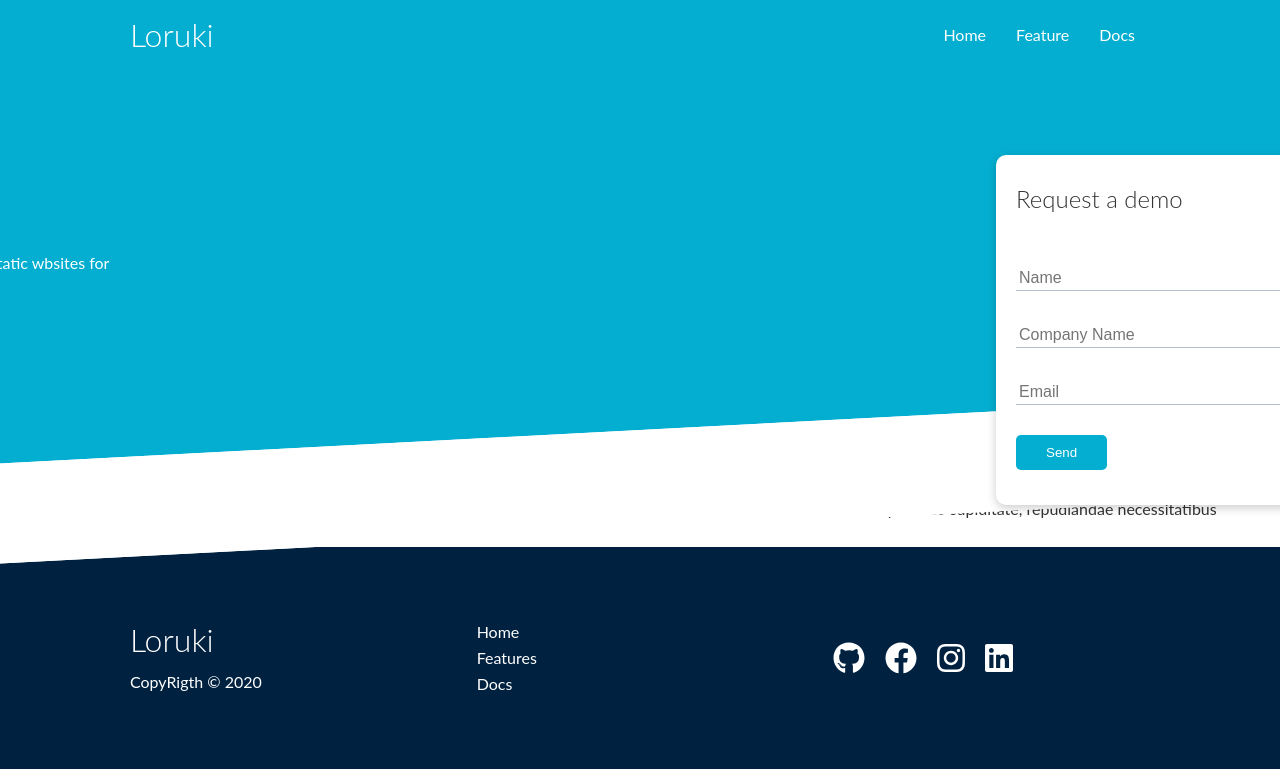
Repository: MosiurRrahman/loruki-app-reactjs
Page: /
An editor plug-in stored every save of this project. The page is shown before and after the next save, followed by the edit.
The browser window is 1280 px wide. The pictures show the whole page.
The project was rebuilt for these pictures with package versions that can differ from the ones it lists, and the page was loaded fresh each time. Also part of the build but not shown: src/components/app.jsx.

Above is the page before, as saved 2021-10-05 16:55:26.

### src/index.js
import React from 'react';
import ReactDOM from 'react-dom';
import { BrowserRouter, Route, Switch } from 'react-router-dom';
import Layout from './components/app';
import defaultLayout from './components/layouts/Main';
import './index.css';
// import './utilities';






class Root extends React.Component{
  render(){
    return(
      <BrowserRouter basename = {"/"} >
      <Switch>
        <Route exact path = "/" component={defaultLayout} />
      <Layout></Layout>
      </Switch>
      </BrowserRouter>
    );
  }
}




ReactDOM.render(
  <React.StrictMode>
    <Root />
  </React.StrictMode>,
  document.getElementById('root')
);

### src/components/layouts/Main.jsx
import React, { Component } from "react";
import Footer from "../common/Footer";
import Header from "../common/Header";
import HomePage from "../pages/home/HomePage";

class Main extends Component {
  constructor(props) {
    super(props);
    this.state = {};
  }
  render() {
    return (
      <>
        <Header />
        <HomePage />
        <Footer />
      </>
    );
  }
}

export default Main;

### src/index.css
/* all css imported */

@import url("./assets/css/main");
@import url("./assets/css/utilities");

### src/components/common/Footer.jsx
import {
  faFacebook,
  faGithub,
  faInstagram,
  faLinkedin,
} from "@fortawesome/free-brands-svg-icons";
import { FontAwesomeIcon } from "@fortawesome/react-fontawesome";
import { Component } from "react";

class Footer extends Component {
  render() {
    return (
      <>
        <footer className="footer bg-dark py-5">
          <div className="container grid grid-3">
            <div>
              <h1>Loruki</h1>
              <p>CopyRigth &copy; 2020</p>
            </div>
            <nav>
              <ul>
                <li>
                  <a href="index.html">Home</a>
                </li>
                <li>
                  <a href="feature.html">Features</a>
                </li>
                <li>
                  <a href="docs.html">Docs</a>
                </li>
              </ul>
            </nav>
            <div className="social">
              <a href="#">
                <li className="fa-2x">
                  <FontAwesomeIcon icon={faGithub} />
                </li>
              </a>
              <a href="#">
                <li className="fa-2x">
                  <FontAwesomeIcon icon={faFacebook} />
                </li>
              </a>
              <a href="#">
                <li className="fa-2x">
                  <FontAwesomeIcon icon={faInstagram} />
                </li>
              </a>
              <a href="#">
                <li className=" fa-2x">
                  <FontAwesomeIcon icon={faLinkedin} />
                </li>
              </a>
            </div>
          </div>
        </footer>
      </>
    );
  }
}
export default Footer;

### src/components/common/Header.jsx
import { Component } from "react";

class Header extends Component {
  render() {
    return (
      <>
        <div className="navbar">
          <div className="container flex">
            <h1 className="logo">Loruki</h1>
            <nav>
              <ul>
                <li>
                  <a href="index.html">Home</a>
                </li>
                <li>
                  <a href="feature.html">Feature</a>
                </li>
                <li>
                  <a href="docs.html">Docs</a>
                </li>
              </ul>
            </nav>
          </div>
        </div>
      </>
    );
  }
}
export default Header;

### src/components/pages/home/HomePage.js
import React, { Component } from 'react';
import ShowCase from './ShowCase';
import Status from './Status';

class HomePage extends Component {
    constructor(props){
        super(props);
        this.state = {

        }
    }
    render() {
        return (
            <>
            <ShowCase/>
            <Status/>
            </>
        );
    }
}

export default HomePage;

### src/assets/css/main.css
:root {
  --primary-color: #04aed0;
  --secondry-color: #04a1c0;
  --dark-color: #002240;
  --light-color: #f4f4ff;
  --success-color: #5cb85c;
  --error-color: #d9534f;
}

* {
  box-sizing: border-box;
  margin: 0;
  padding: 0;
}

body {
  font-family: "lato", sans-serif;
  color: #333333;
  line-height: 1.6;
}

ul {
  list-style-type: none;
}

a {
  text-decoration: none;
  color: #333333;
}

h1,
h2 {
  font-weight: 300;
  line-height: 1.2;
  margin: 10px 0;
}

p {
  margin: 10px 0;
}

img {
  width: 100%;
}

code,
pre {
  background: #333;
  color: #fff;
  padding: 10px;
}

.hidden {
  visibility: hidden;
  height: 0;
}

/* === navbar style === */

.navbar {
  background-color: var(--primary-color);
  color: #ffffff;
  height: 70px;
}

.navbar .flex {
  justify-content: space-between;
}

.navbar ul {
  display: flex;
}

.navbar ul a {
  padding: 10px;
  margin: 0 5px;
  color: #fff;
  transition: 0.3s;
}

.navbar ul a:hover {
  border-bottom: 2px solid #fff;
}

/* === Showcase style === */

.showcase {
  height: 400px;
  background-color: var(--primary-color);
  color: #fff;
  position: relative;
}

.showcase h1 {
  font-size: 40px;
}

.showcase p {
  margin: 20px 0;
}

.showcase .grid {
  overflow: visible;
  grid-template-columns: 55% 45%;
  gap: 30px;
}

body {
  overflow-x: hidden;
}

.showcase-form {
  position: relative;
  top: 60px;
  height: 350px;
  max-width: 400px;
  padding: 40px;
  z-index: 100;
  animation: slideInFromRight 1s ease-in;
}

.showcase-text {
  animation: slideInFromLeft 1s ease-in;
}

.showcase .form-control {
  margin: 30px 0;
}

.showcase input[type="text"],
.showcase input[type="email"] {
  border: 0;
  border-bottom: 1px solid #b4becb;
  width: 100%;
  padding: 3px;
  font-size: 16px;
}

.showcase-form input:focus {
  outline: none;
}

.showcase::before,
.showcase::after {
  content: "";
  position: absolute;
  height: 100px;
  background: #fff;
  left: 0;
  bottom: -60px;
  right: 0;
  transform: skewY(-3deg);
  --webkit-transform: skewY(-3deg);
  --moz-transform: skewY(-3deg);
  --ms-transform: skewY(-3deg);
}

/* ===stats=== */

.stats {
  padding-top: 100px;
  animation: slideInFromBottom 1s ease-in;
}

.stats-heading {
  max-width: 500px;
  margin: auto;
}

.stats .grid h3 {
  font-size: 35px;
}

.stats .grid p {
  font-size: 20px;
  font-weight: bold;
}

/* cli */

.cli .grid {
  grid-template-columns: repeat(3, 1fr);
  grid-template-rows: repeat(2, 1fr);
}

.cli .grid > *:first-child {
  grid-column: 1 / span 2;
  grid-row: 1 / span 2;
}

/* Cloud */

.cloud .grid {
  grid-template-columns: repeat(4fr, 1fr);
}

/* languages */

.languages .flex {
  flex-wrap: wrap;
}

.languages .card {
  text-align: center;
  margin: 18px 10px 40px;
  transition: 0.3s;
}

.languages .card:hover {
  transform: translateY(-15px);
  color: var(--primary-color);
}

.languages .card h4 {
  font-size: 20px;
  margin-bottom: 10px;
}

/* Feature section */

.freatures-head img,
.docs-head img {
  width: 200px;
  justify-self: center;
}

.freatures-sub-head img {
  width: 300px;
  justify-self: flex-end;
}

/* feature main */

.freatures-main .card > i {
  margin-right: 20px;
}

.freatures-main .grid {
  padding: 30px;
}

.freatures-main .grid > *:first-child {
  grid-column: 1 / span 3;
}

.freatures-main .grid > *:nth-child(2) {
  grid-column: 1 / span 2;
}

.freatures-main .grid > *:nth-child(2) {
  justify-content: start;
}

/* dosc */

.docs-main h3 {
  margin: 20px 0;
}

.docs-main .grid {
  grid-template-columns: 1fr 2fr;
  align-items: flex-start;
}

.docs-main nav li {
  font-size: 20px;
  padding-bottom: 5px;
  margin-bottom: 5px;
  border-bottom: 1px solid #ccc;
}

.docs-main nav a:hover {
  color: var(--primary-color);
  font-weight: bold;
}

/* Footer */
.footer .social {
  display: flex;
}
.footer .social a {
  margin: 0 10px;
}

.footer .social a li {
  list-style-type: none;
  transition: 0.3s;
}

.footer .social a li:hover {
  transform: translateY(-5px);
  color: var(--primary-color);
}

/* Animation */

@keyframes slideInFromLeft {
  0% {
    transform: translateX(-100%);
  }
  100% {
    transform: translateX(0);
  }
}

@keyframes slideInFromRight {
  0% {
    transform: translateX(70%);
  }
  100% {
    transform: translateX(0);
  }
}

@keyframes slideInFromTop {
  0% {
    transform: translateY(-100%);
  }
  100% {
    transform: translateX(0);
  }
}

@keyframes slideInFromBottom {
  0% {
    transform: translateY(100%);
  }
  100% {
    transform: translateX(0);
  }
}

/* ===responsive css ===*/

/* Tablets and under */

@media screen and (max-width: 768px) {
  .grid,
  .showcase .grid,
  .stats .grid,
  .cli .grid,
  .cloud .grid,
  .freature-main .grid,
  .docs-main .grid {
    grid-template-columns: 1fr;
    grid-template-rows: 1fr;
  }
  .showcase {
    height: auto;
  }
  .showcase-text {
    text-align: center;
    margin-top: 40px;
    animation: slideInFromTop 1s ease-in;
  }
  .showcase-form {
    justify-self: center;
    margin: auto;
    animation: slideInFromBottom 1s ease-in;
  }
  .cli .grid > *:first-child {
    grid-column: 1;
    grid-row: 1;
  }
  .freatures-head,
  .freatures-sub-head,
  .docs-head {
    text-align: center;
  }
  .freatures-head img,
  .freatures-sub-head img,
  .docs-head img {
    justify-self: center;
  }
  .freatures-main .grid > *:first-child,
  .freatures-main .grid > *:nth-child(2) {
    grid-column: 1;
  }
  .grid-3 {
    grid-template-columns: 1fr;
    grid-template-rows: 1fr;
  }
}

/* Mobile */

@media (max-width: 500px) {
  .navbar {
    height: 110px;
  }
  .navbar .flex {
    flex-direction: column;
  }
  .navbar ul {
    padding: 10px;
    background: rgba(0, 0, 0, 0.1);
  }
}

/* ===responsive css end ===*/

/* === utlities === */

.container {
  max-width: 1100px;
  margin: 0 auto;
  overflow: auto;
  padding: 0 40px;
}

.card {
  background-color: #fff;
  color: #333;
  border-radius: 10px;
  box-shadow: 0 3px 10px rgba(0, 0, 0, 0.2);
  padding: 20px;
  margin: 10px;
}

.card p {
  padding-left: 20px;
}

.btn {
  display: inline-block;
  padding: 10px 30px;
  cursor: pointer;
  background: var(--primary-color);
  color: #fff;
  border: none;
  border-radius: 5px;
  transition: 0.3s;
}

.btn-outline {
  background-color: transparent;
  border: 1px solid #ffffff;
}

.btn:hover {
  transform: translate(5px);
}

/* background and colored buttons */

.btn-primary,
.bg-primary {
  background-color: var(--primary-color);
  color: #ffffff;
}

.btn-secondry,
.bg-secondry {
  background-color: var(--secondry-color);
  color: #ffffff;
}

.btn-dark,
.bg-dark {
  background-color: var(--dark-color);
  color: #ffffff;
}

.btn-light,
.bg-light {
  background-color: var(--light-color);
  color: #333;
}

.btn-primary a,
.bg-primary a,
.btn-secondry a,
.bg-secondry a,
.btn-dark a,
.bg-dark a {
  color: #fff;
}

/* text sizes */

.lead {
  font-size: 20px;
}

.sm {
  font-size: 1rem;
}

.md {
  font-size: 2rem;
}

.lg {
  font-size: 3rem;
}

.xl {
  font-size: 4rem;
}

.text-center {
  text-align: center;
}

.flex {
  display: flex;
  justify-items: center;
  align-items: center;
  height: 100%;
}

.grid {
  display: grid;
  grid-template-columns: repeat(2, 1fr);
  gap: 20px;
  justify-content: center;
  align-items: center;
  height: 100%;
}

.grid-3 {
  grid-template-columns: repeat(3, 1fr);
}

/* alart */

.alert {
  background-color: var(--light-color);
  padding: 10px 20px;
  font-weight: bold;
  margin: 15px 0;
}

.alert i {
  margin-right: 10px;
}

.alert-success {
  background-color: var(--success-color);
  color: #fff;
}

.alert-error {
  background-color: var(--errer-color);
  color: #fff;
}

/* Margin */

.my-1 {
  margin: 1rem 0;
}

.my-2 {
  margin: 1.5rem 0;
}

.my-3 {
  margin: 2rem;
}

.my-4 {
  margin: 3rem 0;
}

.my-5 {
  margin: 4rem 0;
}

.m-1 {
  margin: 1rem;
}

.m-2 {
  margin: 1.5rem;
}

.m-3 {
  margin: 2rem;
}

.m-4 {
  margin: 3rem;
}

.m-5 {
  margin: 4rem;
}

/* padding */

.py-1 {
  padding: 1rem 0;
}

.py-2 {
  padding: 1.5rem 0;
}

.py-3 {
  padding: 2rem;
}

.py-4 {
  padding: 3rem 0;
}

.py-5 {
  padding: 4rem 0;
}

.p-1 {
  padding: 1rem;
}

.p-2 {
  padding: 1.5rem;
}

.p-3 {
  padding: 2rem;
}

.p-4 {
  padding: 3rem;
}

.p-5 {
  padding: 4rem;
}

### src/assets/css/utilities.css
/* === utlities === */

.container {
  max-width: 1100px;
  margin: 0 auto;
  overflow: auto;
  padding: 0 40px;
}

.card {
  background-color: #fff;
  color: #333;
  border-radius: 10px;
  box-shadow: 0 3px 10px rgba(0, 0, 0, 0.2);
  padding: 20px;
  margin: 10px;
}

.card p {
  padding-left: 20px;
}

.btn {
  display: inline-block;
  padding: 10px 30px;
  cursor: pointer;
  background: var(--primary-color);
  color: #fff;
  border: none;
  border-radius: 5px;
  transition: 0.3s;
}

.btn-outline {
  background-color: transparent;
  border: 1px solid #ffffff;
}

.btn:hover {
  transform: translate(5px);
}

/* background and colored buttons */

.btn-primary,
.bg-primary {
  background-color: var(--primary-color);
  color: #ffffff;
}

.btn-secondry,
.bg-secondry {
  background-color: var(--secondry-color);
  color: #ffffff;
}

.btn-dark,
.bg-dark {
  background-color: var(--dark-color);
  color: #ffffff;
}

.btn-light,
.bg-light {
  background-color: var(--light-color);
  color: #333;
}

.btn-primary a,
.bg-primary a,
.btn-secondry a,
.bg-secondry a,
.btn-dark a,
.bg-dark a {
  color: #fff;
}

/* text sizes */

.lead {
  font-size: 20px;
}

.sm {
  font-size: 1rem;
}

.md {
  font-size: 2rem;
}

.lg {
  font-size: 3rem;
}

.xl {
  font-size: 4rem;
}

.text-center {
  text-align: center;
}

.flex {
  display: flex;
  justify-items: center;
  align-items: center;
  height: 100%;
}

.grid {
  display: grid;
  grid-template-columns: repeat(2, 1fr);
  gap: 20px;
  justify-content: center;
  align-items: center;
  height: 100%;
}

.grid-3 {
  grid-template-columns: repeat(3, 1fr);
}

/* alart */

.alert {
  background-color: var(--light-color);
  padding: 10px 20px;
  font-weight: bold;
  margin: 15px 0;
}

.alert i {
  margin-right: 10px;
}

.alert-success {
  background-color: var(--success-color);
  color: #fff;
}

.alert-error {
  background-color: var(--errer-color);
  color: #fff;
}

/* Margin */

.my-1 {
  margin: 1rem 0;
}

.my-2 {
  margin: 1.5rem 0;
}

.my-3 {
  margin: 2rem;
}

.my-4 {
  margin: 3rem 0;
}

.my-5 {
  margin: 4rem 0;
}

.m-1 {
  margin: 1rem;
}

.m-2 {
  margin: 1.5rem;
}

.m-3 {
  margin: 2rem;
}

.m-4 {
  margin: 3rem;
}

.m-5 {
  margin: 4rem;
}

/* padding */

.py-1 {
  padding: 1rem 0;
}

.py-2 {
  padding: 1.5rem 0;
}

.py-3 {
  padding: 2rem;
}

.py-4 {
  padding: 3rem 0;
}

.py-5 {
  padding: 4rem 0;
}

.p-1 {
  padding: 1rem;
}

.p-2 {
  padding: 1.5rem;
}

.p-3 {
  padding: 2rem;
}

.p-4 {
  padding: 3rem;
}

.p-5 {
  padding: 4rem;
}

### src/components/pages/home/ShowCase.js
import React, { Component } from "react";
import ShowcaseForm from "./ShowcaseForm";

class ShowCase extends Component {
  render() {
    return (
      <>
        <section className="showcase">
          <div className="container grid">
            <div className="showcase-text">
              <h1>Easier Deployment</h1>
              <p>
                Deploy web apps of all kinds, from large scale enterise APIs to
                static wbsites for individuals.Flill out the form to try a demo
                of our platform
              </p>
              <a href="feature.html" class="btn btn-outline">
                Read More
              </a>
            </div>


          <ShowcaseForm/>
          </div>
        </section>
      </>
    );
  }
}

export default ShowCase;

### src/components/pages/home/Status.js
import React, { Component } from 'react';

class Status extends Component {
    render() {
        return (
            <div>
                this is Status components Lorem ipsum dolor sit amet consectetur adipisicing elit. Ad adipisci laborum doloribus, culpa eos quod, quam illo assumenda dolor unde fugiat error dolores ipsa numquam repudiandae. Neque facilis nam assumenda beatae incidunt, aut, delectus fuga deleniti quas hic impedit porro asperiores cupiditate, repudiandae necessitatibus accusamus? Sed omnis recusandae vitae? Dolore.
            </div>
        );
    }
}

export default Status;

### src/components/pages/home/ShowcaseForm.js
import React, { Component } from 'react';

class ShowcaseForm extends Component {
    render() {
        return (
            <>
                <div className="showcase-form card">
                <h2>Request a demo</h2>
                <form name="contact" method="POST" data-netlify="true" netlify-honeypot="bot-field">
                    <input type="hidden" name="form-name" value="contact"/>
                    <p className="hidden">
                        <label>Don’t fill this out if you're human: <input name="bot-field" /></label>
                    </p>
                    <div className="form-control">
                        <input type="text" name="name" id="" placeholder="Name" required />
                    </div>
                    <div className="form-control">
                        <input type="text" name="Company name" id="" placeholder="Company Name" required />
                    </div>
                    <div className="form-control">
                        <input type="email" name="email" id="" placeholder="Email" required />
                    </div>
                    <input type="submit" value="Send" className="btn btn-primary" />
                </form>
            </div>
            </>
        );
    }
}

export default ShowcaseForm;

Loaded but not shown: public/index.html (common file)

After the next save:
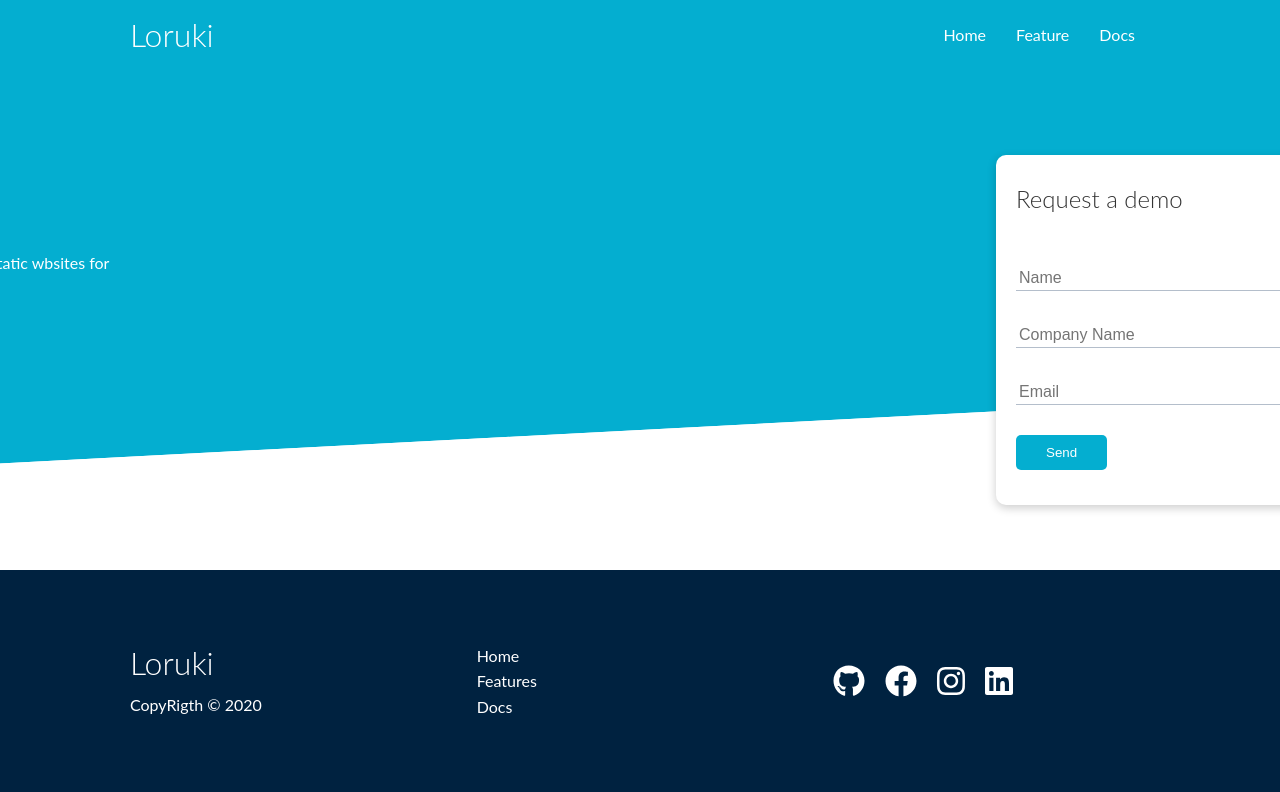
Saved 57 s later.
--- a/src/components/pages/home/Status.js
+++ b/src/components/pages/home/Status.js
@@ -3,9 +3,11 @@ import React, { Component } from 'react';
 class Status extends Component {
     render() {
         return (
-            <div>
-                this is Status components Lorem ipsum dolor sit amet consectetur adipisicing elit. Ad adipisci laborum doloribus, culpa eos quod, quam illo assumenda dolor unde fugiat error dolores ipsa numquam repudiandae. Neque facilis nam assumenda beatae incidunt, aut, delectus fuga deleniti quas hic impedit porro asperiores cupiditate, repudiandae necessitatibus accusamus? Sed omnis recusandae vitae? Dolore.
-            </div>
+            <section className="stats">
+                <div className="container">
+
+                </div>
+            </section>
         );
     }
 }
